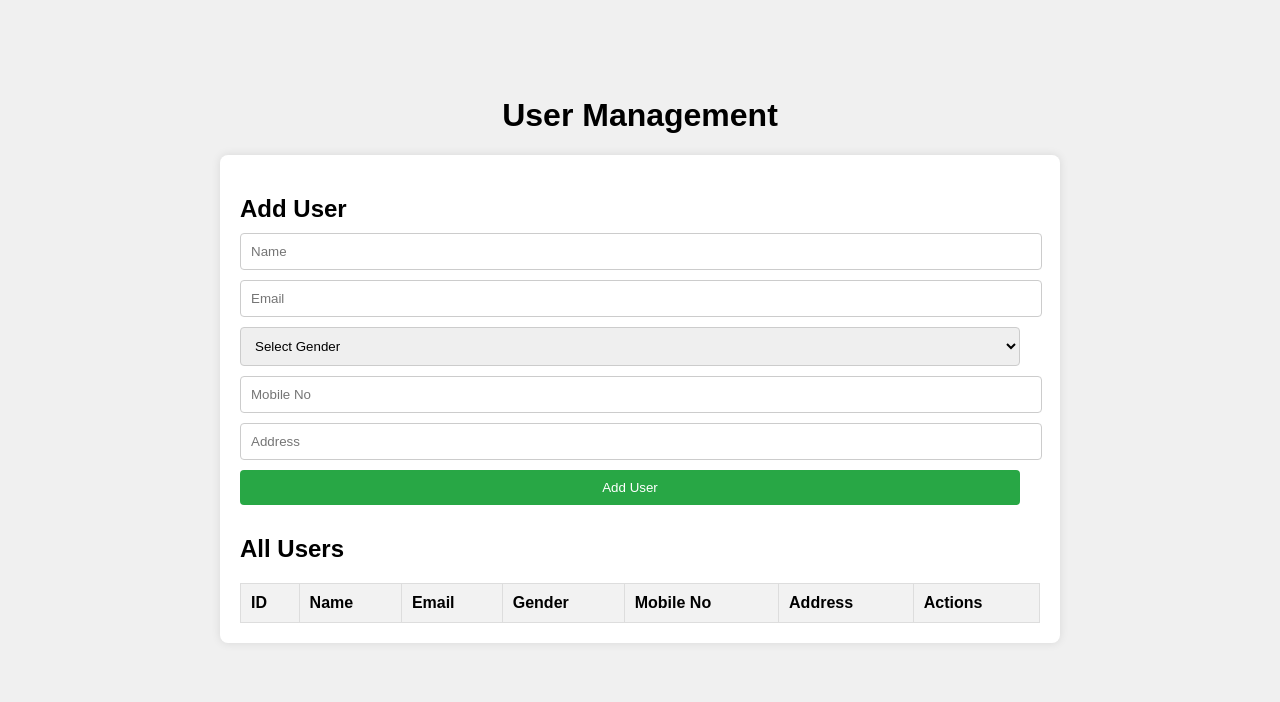
Repository: kushwahvikash/curd-operation
Page: curd-operation/src/main/resources/static/ui.html
These files come from the project's save history. The page is drawn as it stood at one moment and after the next save; the edit follows.
The browser window is 1280 px wide. The pictures show the whole page.
The page's requests for data from a server got no answer.

Above is the page before, as saved 2024-07-24 14:20:44.

After the next save:
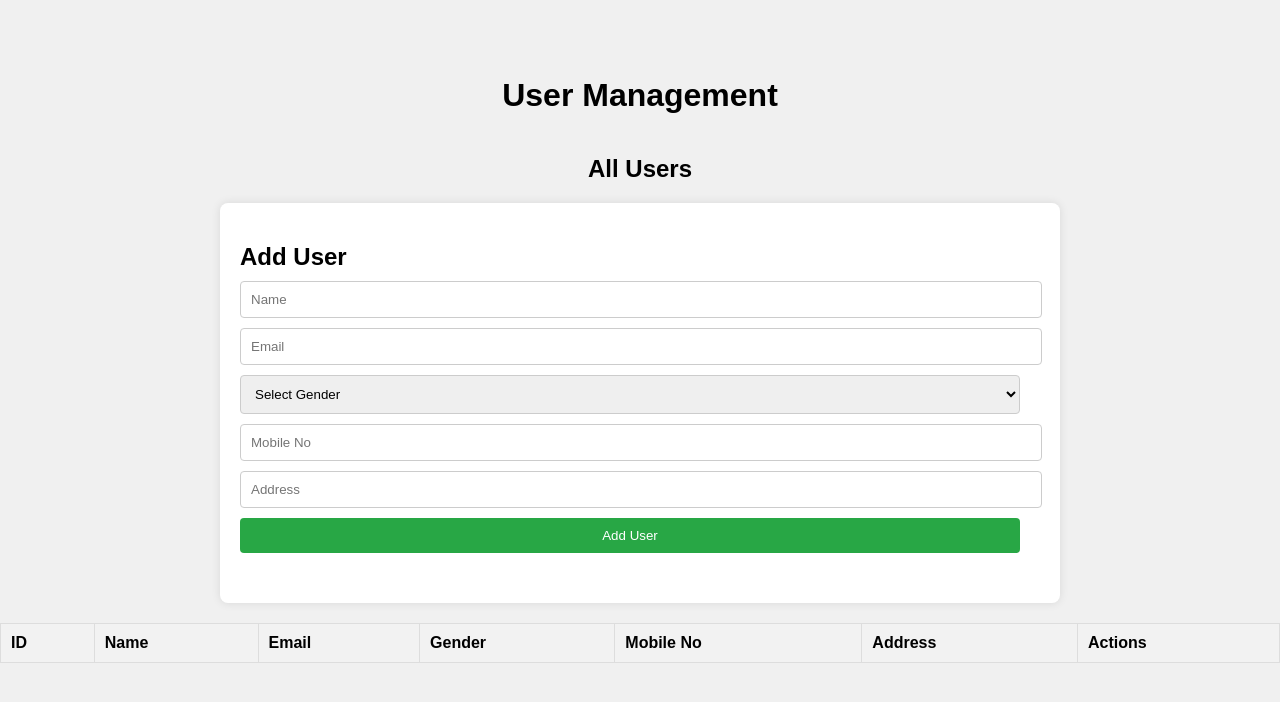
Saved 8 min 47 s later.
--- a/curd-operation/src/main/resources/static/ui.html
+++ b/curd-operation/src/main/resources/static/ui.html
@@ -91,20 +91,7 @@
 </head>
 <body>
     <h1>User Management</h1>
-    <div class="container">
-        <div class="form-container">
-            <h2>Add User</h2>
-            <input type="text" id="name" placeholder="Name">
-            <input type="email" id="email" placeholder="Email">
-            <select id="gender">
-                <option value="">Select Gender</option>
-                <option value="Male">Male</option>
-                <option value="Female">Female</option>
-            </select>
-            <input type="text" id="mobileNo" placeholder="Mobile No">
-            <input type="text" id="address" placeholder="Address">
-            <button onclick="addUser()">Add User</button>
-        </div>
+
         <div class="edit-container" id="editContainer">
             <h2>Edit User</h2>
             <input type="hidden" id="editId">
@@ -135,6 +122,21 @@
             </thead>
             <tbody>
                 <!-- Dynamic Content -->
+
+                <div class="container">
+        <div class="form-container">
+            <h2>Add User</h2>
+            <input type="text" id="name" placeholder="Name">
+            <input type="email" id="email" placeholder="Email">
+            <select id="gender">
+                <option value="">Select Gender</option>
+                <option value="Male">Male</option>
+                <option value="Female">Female</option>
+            </select>
+            <input type="text" id="mobileNo" placeholder="Mobile No">
+            <input type="text" id="address" placeholder="Address">
+            <button onclick="addUser()">Add User</button>
+        </div>
             </tbody>
         </table>
     </div>
@@ -161,7 +163,8 @@
                         row.insertCell(4).innerHTML = user.mobileNo;
                         row.insertCell(5).innerHTML = user.address;
                         const actionsCell = row.insertCell(6);
-                        actionsCell.innerHTML = `<button class="btn btn-edit" onclick="editUser(${user.id})">Edit</button>
+                        actionsCell.innerHTML = `<button class="btn btn-edit" onclick="addUser(${user.id})">Add</button>
+                        	                     <button class="btn btn-edit" onclick="editUser(${user.id})">Edit</button>
                                                  <button class="btn btn-delete" onclick="deleteUser(${user.id})">Delete</button>`;
                     });
                 });
